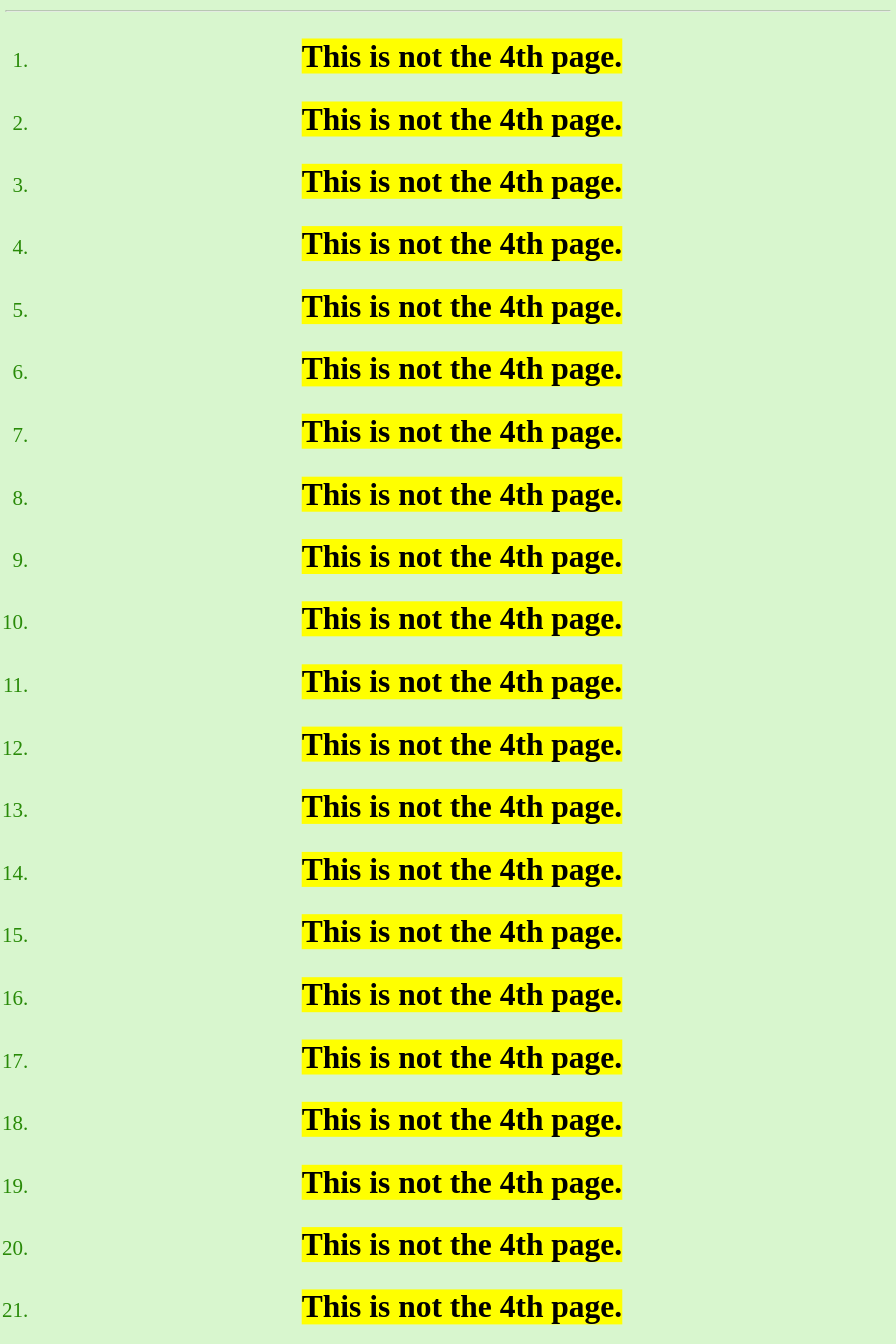
Repository: yiy225/yiy225.github.io
Page: page 4.1.html
The author's editor kept a record of every edit. The page is drawn from the files as they stood at one moment, then again after the next edit.
The browser window is 1280 px wide. The pictures show the part of the page from y = 0 to 1920 px (the page is 4360 px tall), at 70% of full size.

Above is the page before.

### page 4.1.html
<!DOCTYPE html>
<html>
    <head>
        <title>4.1 page</title>
        <link href="column.css" rel="stylesheet">
    </head>
<body bgcolor=#0000FF>
        <hr />
        <ol>
        <li><center><h2><mark>This is not the 4th page.</mark></font></h2></center></li>
        <li><center><h2><mark>This is not the 4th page.</mark></font></h2></center></li>
        <li><center><h2><mark>This is not the 4th page.</mark></font></h2></center></li>
        <li><center><h2><mark>This is not the 4th page.</mark></font></h2></center></li>
        <li><center><h2><mark>This is not the 4th page.</mark></font></h2></center></li>
        <li><center><h2><mark>This is not the 4th page.</mark></font></h2></center></li>
        <li><center><h2><mark>This is not the 4th page.</mark></font></h2></center></li>
        <li><center><h2><mark>This is not the 4th page.</mark></font></h2></center></li>
        <li><center><h2><mark>This is not the 4th page.</mark></font></h2></center></li>
        <li><center><h2><mark>This is not the 4th page.</mark></font></h2></center></li>
        <li><center><h2><mark>This is not the 4th page.</mark></font></h2></center></li>
        <li><center><h2><mark>This is not the 4th page.</mark></font></h2></center></li>
        <li><center><h2><mark>This is not the 4th page.</mark></font></h2></center></li>
        <li><center><h2><mark>This is not the 4th page.</mark></font></h2></center></li>
        <li><center><h2><mark>This is not the 4th page.</mark></font></h2></center></li>
        <li><center><h2><mark>This is not the 4th page.</mark></font></h2></center></li>
        <li><center><h2><mark>This is not the 4th page.</mark></font></h2></center></li>
        <li><center><h2><mark>This is not the 4th page.</mark></font></h2></center></li>
        <li><center><h2><mark>This is not the 4th page.</mark></font></h2></center></li>
        <li><center><h2><mark>This is not the 4th page.</mark></font></h2></center></li>
        <li><center><h2><mark>This is not the 4th page.</mark></font></h2></center></li>
        <li><center><h2><mark>This is not the 4th page.</mark></font></h2></center></li>
        <li><center><h2><mark>This is not the 4th page.</mark></font></h2></center></li>
        <li><center><h2><mark>This is not the 4th page.</mark></font></h2></center></li>
        <li><center><h2><mark>This is not the 4th page.</mark></font></h2></center></li>
        <li><center><h2><mark>This is not the 4th page.</mark></font></h2></center></li>
        <li><center><h2><mark>This is not the 4th page.</mark></font></h2></center></li>
        <li><center><h2><mark>This is not the 4th page.</mark></font></h2></center></li>
        <li><center><h2><mark>This is not the 4th page.</mark></font></h2></center></li>
        <li><center><h2><mark>This is not the 4th page.</mark></font></h2></center></li>
        <li><center><h2><mark>This is not the 4th page.</mark></font></h2></center></li>
        <li><center><h2><mark>This is not the 4th page.</mark></font></h2></center></li>
        <li><center><h2><mark>This is not the 4th page.</mark></font></h2></center></li>
        <li><center><h2><mark>This is not the 4th page.</mark></font></h2></center></li>
        <li><center><h2><mark>This is not the 4th page.</mark></font></h2></center></li>
        <li><center><h2><mark>This is not the 4th page.</mark></font></h2></center></li>
        <li><center><h2><mark>This is not the 4th page.</mark></font></h2></center></li>
        <li><center><h2><mark>This is not the 4th page.</mark></font></h2></center></li>
        <li><center><h2><mark>This is not the 4th page.</mark></font></h2></center></li>
        <li><center><h2><mark>This is not the 4th page.</mark></font></h2></center></li>
        <li><center><h2><mark>This is not the 4th page.</mark></font></h2></center></li>
        <li><center><h2><mark>This is not the 4th page.</mark></font></h2></center></li>
        <li><center><h2><mark>This is not the 4th page.</mark></font></h2></center></li>
        <li><center><h2><mark>This is not the 4th page.</mark></font></h2></center></li>
        <li><center><h2><mark>This is not the 4th page.</mark></font></h2></center></li>
        <li><center><h2><mark>This is not the 4th page.</mark></font></h2></center></li>
        <li><center><h2><mark>This is not the 4th page.</mark></font></h2></center></li>
        <li><center><h2><mark>This is not the 4th page.</mark></font></h2></center></li>
        </ol>
        <hr />
    </body>
</html>

### column.css
body {
    background-color: #D8F6CE;
    color: #298A08;
    font-size: 30px;
}

.canvas {
    width: 300px;
    height: 600px;
    background-color: black;
    position: relative;
}

.box {
    width: 20px;
    height: 100px;
    background-color: yellow;
    position: absolute;
    top: 40px;
    right: 20px;
}

.circle {
    width: 100px;
    height: 100px;
    border-radius: 100%;
    background-color: red;
    position: absolute;
    bottom: 40px;
    left: 30px;
}

.sprite {
    width: 200px;
    height: 200px;
    background-image: url(sprite.jpg);
    background-repeat: no-repeat;
    display: block;
    text-indent: 100%;
    white-space: nowrap;
    overflow: hidden;
}

.sprite:hover {
    background-position: -200px 0;
}

.sprite:active {
    background-position: -400px 0;
}

.wrapper {
    width: 400px;
}

.column {
    width: 160px;
    padding: 20px;
    float: right;
    height: 200px;
    overflow: auto;
}

.clear {
    clear: both;
}

.one {
    width: 200px;
    height: 200px;
    background-color: #BCF5A9;
    position: fixed;
    bottom: 20px;
    right: 100px;
    border-radius: 100%;
    border: solid #086A87 5px;
    cursor: pointer;
}

.one:hover {
    background-color: #58ACFA;
}

After the next edit:
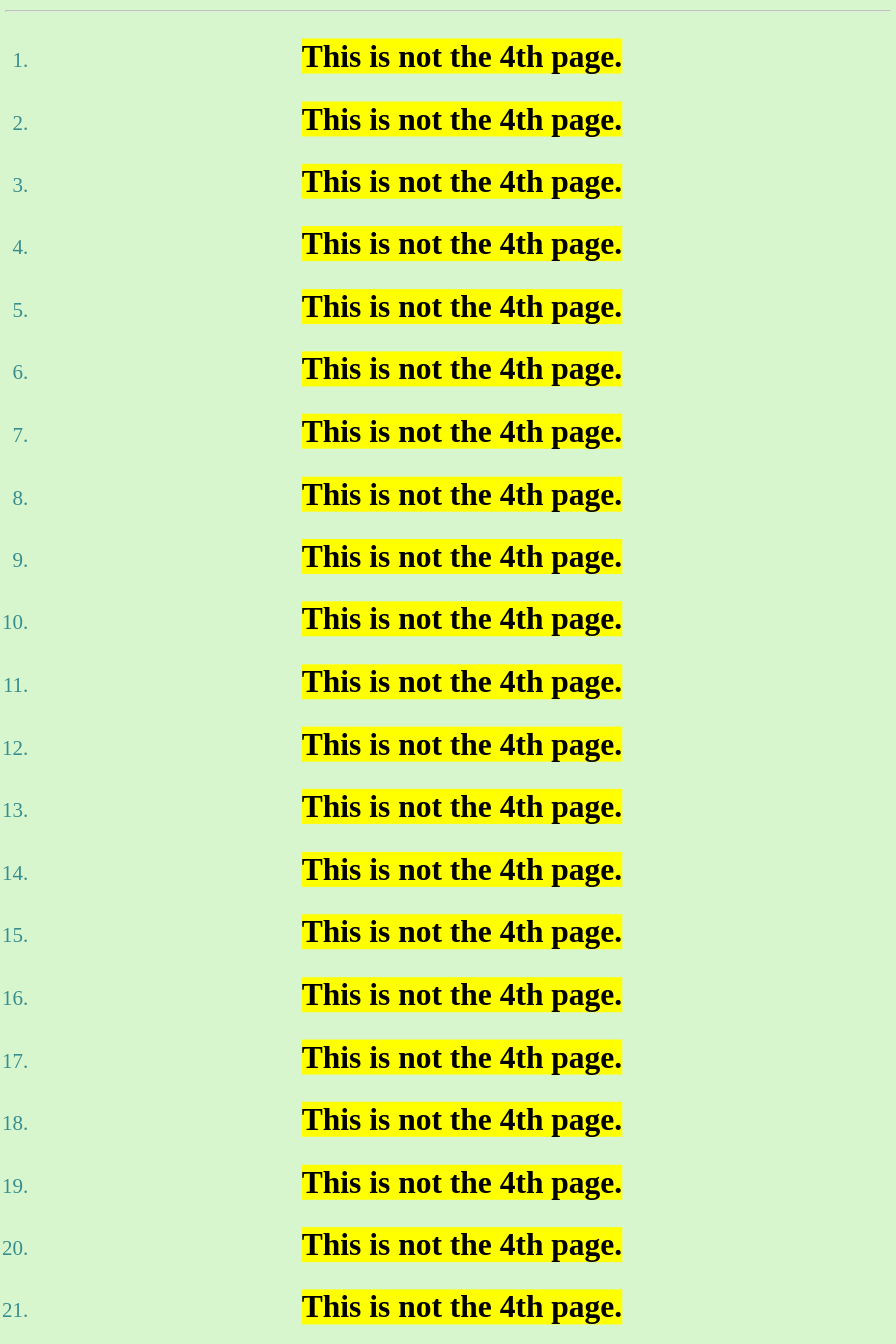
The edit:
--- a/column.css
+++ b/column.css
@@ -1,6 +1,6 @@
 body {
     background-color: #D8F6CE;
-    color: #298A08;
+    color: #388E8E;
     font-size: 30px;
 }
 
